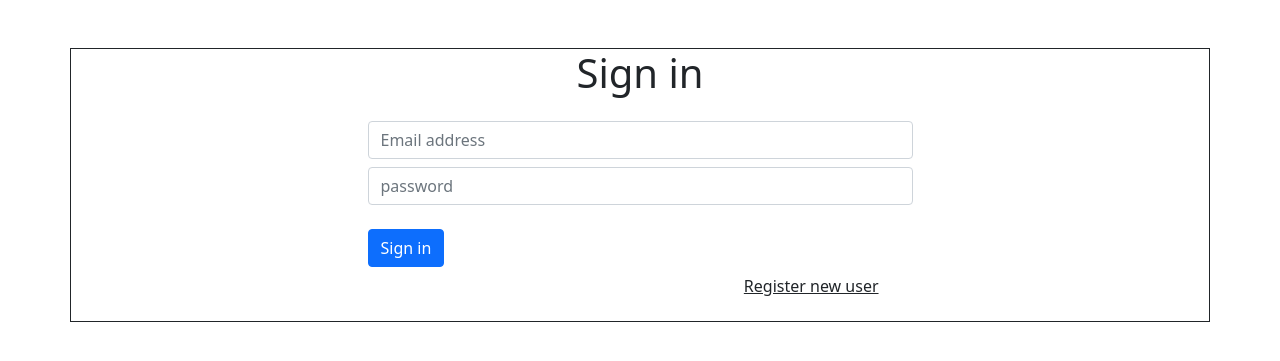
Repository: paresh-art/MyWebsite
Page: http://localhost/com.website/signIn.jsp
These files come from the project's save history. The page is drawn as it stood at one moment and after the next save; the edit follows.
The browser window is 1280 px wide. The pictures show the whole page.
The page is served by Tomcat 9.

Above is the page before, as saved 2022-11-08 08:56:50.

After the next save:
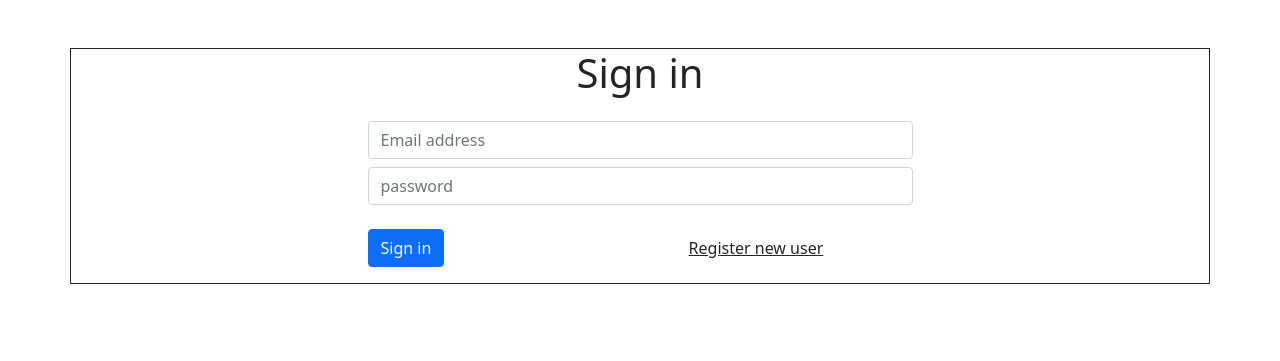
Saved 21 s later.
--- a/com.website/src/main/webapp/signIn.jsp
+++ b/com.website/src/main/webapp/signIn.jsp
@@ -37,7 +37,7 @@
 			<div class="row mb-3">
 				<div class="col-lg-6 col-md-8 col-sm-12 mx-auto text-light">
 					<button class="btn btn-primary " type="submit">Sign in</button>
-					<a href="signup.jsp" class="btn btn-link offset-8 text-dark">Register new user</a>
+					<a href="signup.jsp" class="btn btn-link offset-5 text-dark">Register new user</a>
 				</div>
 
 			</div>
